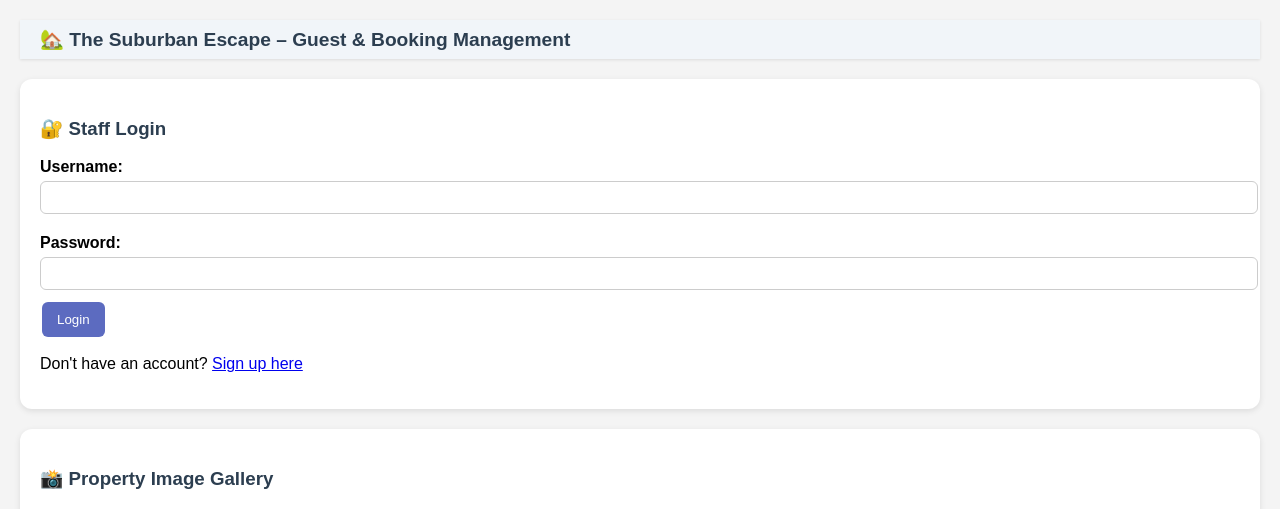
Repository: Ndegwa2/surbabarn-escape
Page: The_Surburban_Escape/index.html
The author's editor kept a copy of each file at every save. The page is drawn from the files as they stood at one save, then again after the next save.
The browser window is 1280 px wide. The pictures show the part of the page from y = 0 to 509 px (the page is 984 px tall before and 720 px after).
Pictures or frames that could not be fetched are drawn as grey boxes.

Above is the page before, as saved 2025-09-29 19:19:02.

### The_Surburban_Escape/index.html
<!DOCTYPE html>
<html lang="en">
<head>
  <meta charset="UTF-8">
  <title>The Suburban Escape – Guest & Booking Management</title>
  <link rel="stylesheet" href="style.css">
  <script src="https://cdnjs.cloudflare.com/ajax/libs/jspdf/2.5.1/jspdf.umd.min.js"></script>
  <script src="https://cdn.jsdelivr.net/npm/sortablejs@latest/Sortable.min.js"></script>
</head>
<body>
<header class="app-bar">
  <div class="app-bar-left">
    🏡 The Suburban Escape – Guest & Booking Management
  </div>
  <div id="userSection" class="app-bar-right" style="display: none;">
    <span>👋 Welcome, <span id="userRole"></span>!</span>
    <button id="logoutBtn">Logout</button>
  </div>
</header>

<!-- Login Section -->
  <div id="loginSection" class="card">
    <h3>🔐 Staff Login</h3>
    <form id="loginForm">
      <label>Username:
        <input type="text" id="username" required>
      </label>
      <label>Password:
        <input type="password" id="password" required>
      </label>
      <button type="submit">Login</button>
    </form>
    <p id="loginError" style="color: red; display: none;"></p>
    <p>Don't have an account? <a href="signup.html">Sign up here</a></p>
  </div>

  <!-- Dashboard - Hidden until login -->
  <div id="dashboard" style="display: none;">
    <!-- Guests Section -->
    <div class="card">
      <h3>👥 Guests & Check-in</h3>
      <button class="toggle-form-btn" onclick="toggleForm('checkinFormContainer')">Sign-in Guest</button>
      <div id="checkinFormContainer" class="form-container" style="display: none;">
        <form id="checkinForm">
          <label>Full Name: <input type="text" id="name" required></label>
          <label>Phone: <input type="text" id="phone" required></label>
          <label>Email: <input type="email" id="email"></label>
          <label>ID/Passport: <input type="text" id="idNumber"></label>
          <label>Room Name: <select id="roomName" required></select></label>
          <label>Check-in Date: <input type="date" id="checkInDate" required></label>
          <label>Check-out Date: <input type="date" id="checkOutDate" required></label>
          <button type="submit">Check In</button>
        </form>
      </div>
      <table id="guestTable">
        <thead>
          <tr><th>Name</th><th>Phone</th><th>Email</th><th>ID</th><th>Room</th><th>Check-in</th><th>Status</th><th>Actions</th></tr>
        </thead>
        <tbody></tbody>
      </table>
    </div>

    <!-- Rooms Management (Admin only) -->
    <div id="roomsSection" class="card" style="display: none;">
<div class="filters">
  <input type="text" id="roomSearch" placeholder="Search by type or name...">
  <select id="statusFilter">
    <option value="">All Statuses</option>
    <option value="available">Available</option>
    <option value="occupied">Occupied</option>
    <option value="dirty">Dirty</option>
    <option value="maintenance">Maintenance</option>
  </select>
  <button id="applyFiltersBtn">Apply Filters</button>
</div>
      <h3>🛏️ Room Management</h3>
      <button class="toggle-form-btn" onclick="toggleForm('addRoomFormContainer')">Add New Room</button>
      <div id="addRoomFormContainer" class="form-container" style="display: none;">
        <form id="addRoomForm">
          <label>Name: <input type="text" id="roomNameAdd" required></label>
          <label>Type: <input type="text" id="roomType" required></label>
          <label>Base Rate: <input type="number" id="baseRate" step="0.01" required></label>
          <label>Status: <select id="roomStatus"><option value="available">Available</option><option value="occupied">Occupied</option><option value="maintenance">Maintenance</option></select></label>
          <button type="submit">Add Room</button>
        </form>
      </div>
      <!-- Rooms Kanban Board -->
      <div id="roomsKanban">
        <div class="kanban-column" data-status="available">
          <h4>🟢 Available</h4>
          <div class="kanban-items" id="availableRooms"></div>
        </div>
        <div class="kanban-column" data-status="occupied">
          <h4>🟦 Occupied</h4>
          <div class="kanban-items" id="occupiedRooms"></div>
        </div>
        <div class="kanban-column" data-status="dirty">
          <h4>🟡 Dirty</h4>
          <div class="kanban-items" id="dirtyRooms"></div>
        </div>
        <div class="kanban-column" data-status="maintenance">
          <h4>🔧 Maintenance</h4>
          <div class="kanban-items" id="maintenanceRooms"></div>
        </div>
      </div>
    </div>

    <!-- Housekeeping Panel -->
    <div class="card">
      <h3>🧹 Housekeeping Panel</h3>
      <p>List of rooms pending cleaning. Assign staff here.</p>

      <!-- Assigned Tasks Section -->
      <h4>Assigned Tasks</h4>
      <table id="assignedTasksTable">
        <thead>
          <tr><th>Room Name</th><th>Assigned To</th><th>Assigned By</th><th>Assigned Date</th><th>Status</th><th>Actions</th></tr>
        </thead>
        <tbody></tbody>
      </table>

      <!-- Unassigned Dirty Rooms Section -->
      <h4>Unassigned Dirty Rooms</h4>
      <table id="housekeepingTable">
        <thead>
          <tr><th>Room Name</th><th>Housekeeping State</th><th>Assign Staff</th><th>Actions</th></tr>
        </thead>
        <tbody></tbody>
      </table>
    </div>

    <!-- Bookings Section (Admin only) -->
    <div id="bookingsSection" class="card" style="display: none;">
      <h3>📅 Bookings</h3>
      <button class="toggle-form-btn" onclick="toggleForm('addBookingFormContainer')">Create New Booking</button>
      <div id="addBookingFormContainer" class="form-container" style="display: none;">
        <form id="addBookingForm">
          <label>Guest ID: <input type="number" id="guestId" required></label>
          <label>Room ID: <input type="number" id="roomId" required></label>
          <label>Check-in Date: <input type="date" id="bookingCheckIn" required></label>
          <label>Check-out Date: <input type="date" id="bookingCheckOut" required></label>
          <label>Status: <select id="bookingStatus"><option value="reserved">Reserved</option><option value="checked_in">Checked In</option><option value="checked_out">Checked Out</option><option value="cancelled">Cancelled</option><option value="no_show">No Show</option></select></label>
          <button type="submit">Create Booking</button>
        </form>
      </div>
      <table id="bookingTable">
        <thead>
          <tr><th>ID</th><th>Guest</th><th>Room</th><th>Check-in</th><th>Check-out</th><th>Status</th><th>Total</th><th>Actions</th></tr>
        </thead>
        <tbody></tbody>
      </table>
    </div>

    <!-- Conference Facilities Management (Admin only) -->
    <div id="conferencesSection" class="card" style="display: none;">
      <h3>🏢 Conference Facilities</h3>
      <button class="toggle-form-btn" onclick="toggleForm('addConferenceFormContainer')">Add New Facility</button>
      <div id="addConferenceFormContainer" class="form-container" style="display: none;">
        <form id="addConferenceForm">
          <label>Name: <input type="text" id="confName" required></label>
          <label>Capacity: <input type="number" id="confCapacity" value="50" required></label>
          <label>Equipment: <input type="text" id="confEquipment" placeholder="projector, microphone, speaker"></label>
          <label>Hourly Rate: <input type="number" id="confHourly" step="0.01" value="50" required></label>
          <label>Daily Rate: <input type="number" id="confDaily" step="0.01" value="300" required></label>
          <label>Status: <select id="confStatus">
            <option value="available">Available</option>
            <option value="maintenance">Maintenance</option>
          </select></label>
          <button type="submit">Add Facility</button>
        </form>
      </div>
      <table id="confTable">
        <thead>
          <tr><th>ID</th><th>Name</th><th>Capacity</th><th>Equipment</th><th>Hourly</th><th>Daily</th><th>Status</th><th>Actions</th></tr>
        </thead>
        <tbody></tbody>
      </table>
    </div>

    <!-- Conference Bookings (Admin only) -->
    <div id="conferenceBookingsSection" class="card" style="display: none;">
      <h3>🎤 Conference Bookings</h3>
      <button class="toggle-form-btn" onclick="toggleForm('addConferenceBookingFormContainer')">Create New Booking</button>
      <div id="addConferenceBookingFormContainer" class="form-container" style="display: none;">
        <form id="addConferenceBookingForm">
          <label>Facility ID: <input type="number" id="confFacilityId" required></label>
          <label>Event Name: <input type="text" id="confEventName" required></label>
          <label>Date: <input type="date" id="confDate" required></label>
          <label>Start Time: <input type="time" id="confStartTime" required></label>
          <label>End Time: <input type="time" id="confEndTime" required></label>
          <label>Attendees: <input type="number" id="confAttendees" min="1" required></label>
          <label>Deposit: <input type="number" id="confDeposit" step="0.01" value="0"></label>
          <label>Status: <select id="confBookingStatus">
            <option value="reserved">Reserved</option>
            <option value="active">Active</option>
            <option value="completed">Completed</option>
            <option value="cancelled">Cancelled</option>
          </select></label>
          <button type="submit">Create Booking</button>
        </form>
      </div>
      <table id="conferenceBookingTable">
        <thead>
          <tr><th>ID</th><th>Facility</th><th>Event</th><th>Date</th><th>Start</th><th>End</th><th>Attendees</th><th>Status</th><th>Deposit</th><th>Total</th><th>Actions</th></tr>
        </thead>
        <tbody></tbody>
      </table>
    </div>

    <!-- Enhanced Inventory Management Section (Admin only) -->
    <div id="inventorySection" style="display: none;">
      <h3>📦 Enhanced Inventory Management</h3>

      <!-- Quick Stats Dashboard -->
      <div class="inventory-dashboard" id="inventoryDashboard" style="display: none;">
        <div class="stat-card">
          <div class="stat-icon">📦</div>
          <div class="stat-info">
            <div class="stat-number" id="totalItems">0</div>
            <div class="stat-label">Total Items</div>
          </div>
        </div>
        <div class="stat-card">
          <div class="stat-icon">⚠️</div>
          <div class="stat-info">
            <div class="stat-number" id="lowStockItems">0</div>
            <div class="stat-label">Low Stock Items</div>
          </div>
        </div>
        <div class="stat-card">
          <div class="stat-icon">💰</div>
          <div class="stat-info">
            <div class="stat-number" id="totalValue">$0</div>
            <div class="stat-label">Total Value</div>
          </div>
        </div>
        <div class="stat-card">
          <div class="stat-icon">🔄</div>
          <div class="stat-info">
            <div class="stat-number" id="recentTransactions">0</div>
            <div class="stat-label">Recent Transactions</div>
          </div>
        </div>
      </div>

      <!-- Add New Inventory Item Form -->
      <button class="toggle-form-btn" onclick="toggleForm('addInventoryFormContainer')">➕ Add New Inventory Item</button>
      <div id="addInventoryFormContainer" class="form-container" style="display: none;">
        <form id="addInventoryForm" class="modern-form">
          <div class="form-row">
            <div class="form-group">
              <label for="itemName">Item Name *</label>
              <input type="text" id="itemName" required placeholder="Enter item name">
            </div>
            <div class="form-group">
              <label for="itemDescription">Description</label>
              <input type="text" id="itemDescription" placeholder="Brief description">
            </div>
          </div>
          <div class="form-row">
            <div class="form-group">
              <label for="itemCategory">Category *</label>
              <select id="itemCategory">
                <option value="consumables">🛒 Consumables</option>
                <option value="fixed_assets">🏢 Fixed Assets</option>
              </select>
            </div>
            <div class="form-group">
              <label for="itemStatus">Status *</label>
              <select id="itemStatus">
                <option value="active">✅ Active</option>
                <option value="inactive">⏸️ Inactive</option>
                <option value="discontinued">🛑 Discontinued</option>
              </select>
            </div>
          </div>
          <div class="form-row">
            <div class="form-group">
              <label for="totalStock">Total Stock Capacity *</label>
              <input type="number" id="totalStock" min="0" required placeholder="Maximum capacity">
            </div>
            <div class="form-group">
              <label for="currentStock">Current Stock *</label>
              <input type="number" id="currentStock" min="0" required placeholder="Current quantity">
            </div>
          </div>
          <div class="form-row">
            <div class="form-group">
              <label for="minLevel">Minimum Level *</label>
              <input type="number" id="minLevel" min="0" required placeholder="Reorder trigger point">
            </div>
            <div class="form-group">
              <label for="reorderThreshold">Reorder Threshold *</label>
              <input type="number" id="reorderThreshold" min="0" required placeholder="Auto-reorder point">
            </div>
          </div>
          <div class="form-row">
            <div class="form-group">
              <label for="itemUnit">Unit of Measurement</label>
              <input type="text" id="itemUnit" value="units" placeholder="e.g., bottles, pieces, kg">
            </div>
            <div class="form-group">
              <label for="pricePerUnit">Price per Unit ($)</label>
              <input type="number" id="pricePerUnit" step="0.01" min="0" placeholder="0.00">
            </div>
          </div>
          <div class="form-actions">
            <button type="submit" class="primary-btn">✅ Add Item</button>
            <button type="button" class="secondary-btn" onclick="toggleForm('addInventoryFormContainer')">Cancel</button>
          </div>
        </form>
      </div>

      <!-- Enhanced Inventory Items Cards -->
      <div id="inventoryCardsContainer" class="inventory-cards-container">
        <!-- Cards will be dynamically inserted here -->
      </div>

      <!-- Stock Transaction Form -->
      <h4>🔄 Stock Transactions</h4>
      <button class="toggle-form-btn" onclick="toggleForm('stockTransactionFormContainer')">📝 Process Stock Transaction</button>
      <div id="stockTransactionFormContainer" class="form-container" style="display: none;">
        <form id="stockTransactionForm" class="transaction-form">
          <div class="form-group">
            <label for="transactionItemId">Select Item *</label>
            <select id="transactionItemId" required>
              <option value="">Choose an item...</option>
            </select>
          </div>
          <div class="form-group">
            <label for="transactionType">Transaction Type *</label>
            <select id="transactionType" required>
              <option value="in">📈 Stock In (Restock)</option>
              <option value="out">📉 Stock Out (Usage)</option>
              <option value="adjust">⚖️ Adjustment</option>
            </select>
          </div>
          <div class="form-group">
            <label for="transactionQuantity">Quantity *</label>
            <input type="number" id="transactionQuantity" min="1" required placeholder="Enter quantity">
          </div>
          <div class="form-group">
            <label for="transactionReason">Reason/Notes</label>
            <input type="text" id="transactionReason" placeholder="Optional reason or notes">
          </div>
          <div class="form-actions">
            <button type="submit" class="primary-btn">✅ Process Transaction</button>
          </div>
        </form>
      </div>

      <!-- Enhanced Stock Transactions Table -->
      <h4>📋 Recent Transactions</h4>
      <div class="table-container">
        <table id="transactionsTable">
          <thead>
            <tr>
              <th>Date</th>
              <th>Item</th>
              <th>Type</th>
              <th>Quantity</th>
              <th>Reason</th>
            </tr>
          </thead>
          <tbody></tbody>
        </table>
      </div>

      <!-- Enhanced Low Stock Alerts -->
      <h4>⚠️ Low Stock Alerts</h4>
      <div class="alerts-container">
        <table id="alertsTable">
          <thead>
            <tr>
              <th>🚨 Alert Details</th>
              <th>Current Status</th>
              <th>Required Action</th>
            </tr>
          </thead>
          <tbody></tbody>
        </table>
      </div>
    </div>

    <!-- Office Usage Section (Admin only) -->
    <div id="officeUsageSection" class="card" style="display: none;">
      <h3>🏢 Office Usage Tracking</h3>
      <button class="toggle-form-btn" onclick="toggleForm('addUsageFormContainer')">+ Add Usage</button>
      <div id="addUsageFormContainer" class="form-container" style="display: none;">
        <form id="addUsageForm">
          <label>User ID: <input type="number" id="usageUserId" required></label>
          <label>User Type:
            <select id="usageUserType" required>
              <option value="staff">Staff</option>
              <option value="admin">Admin</option>
              <option value="guest">Guest</option>
            </select>
          </label>
          <label>Start Time: <input type="datetime-local" id="usageStartTime"></label>
          <label>End Time: <input type="datetime-local" id="usageEndTime"></label>
          <label>Purpose: <input type="text" id="usagePurpose"></label>
          <button type="submit" class="submit-btn">Add Usage</button>
        </form>
      </div>
      <table id="officeUsageTable">
        <thead>
          <tr><th>User</th><th>Type</th><th>Start Time</th><th>End Time</th><th>Purpose</th><th>Actions</th></tr>
        </thead>
        <tbody></tbody>
      </table>
    </div>

    <!-- Inventory Item Details Modal -->
    <div id="itemDetailsModal" class="modal">
      <div class="modal-content">
        <span class="close">&times;</span>
        <h3 id="modalItemName"></h3>
        <div id="modalItemInfo">
          <p><strong>Description:</strong> <span id="modalDescription"></span></p>
          <p><strong>Category:</strong> <span id="modalCategory"></span></p>
          <p><strong>Total Stock:</strong> <span id="modalTotalStock"></span> <span id="modalUnit"></span></p>
          <p><strong>Current Stock:</strong> <span id="modalCurrentStock"></span> <span id="modalUnit2"></span></p>
          <p><strong>Min Level:</strong> <span id="modalMinLevel"></span></p>
          <p><strong>Reorder Threshold:</strong> <span id="modalReorderThreshold"></span></p>
          <p><strong>Price per Unit:</strong> $<span id="modalPrice"></span></p>
          <p><strong>Status:</strong> <span id="modalStatus"></span></p>
        </div>
        <h4>Recent Transactions</h4>
        <table id="modalTransactionsTable">
          <thead>
            <tr><th>Type</th><th>Quantity</th><th>Reason</th><th>Date</th></tr>
          </thead>
          <tbody></tbody>
        </table>
      </div>
    </div>

    <!-- Office Usage Add Modal -->
    <div id="addUsageModal" class="modal">
      <div class="modal-content">
        <span class="close" id="closeUsageModal">&times;</span>
        <div class="form-card">
          <h3>Add Office Usage</h3>
          <form id="addUsageForm">
            <div class="form-group">
              <label for="usageUserId">User ID</label>
              <input type="text" id="usageUserId" />
            </div>

            <div class="form-group">
              <label for="usageUserType">User Type</label>
              <select id="usageUserType">
                <option>Staff</option>
                <option>Guest</option>
              </select>
            </div>

            <div class="form-group">
              <label for="usageStartTime">Start Time</label>
              <input type="datetime-local" id="usageStartTime" />
            </div>

            <div class="form-group">
              <label for="usageEndTime">End Time</label>
              <input type="datetime-local" id="usageEndTime" />
            </div>

            <div class="form-group">
              <label for="usagePurpose">Purpose</label>
              <textarea id="usagePurpose"></textarea>
            </div>

            <button type="submit" class="submit-btn">Save Usage</button>
          </form>
        </div>
      </div>
    <!-- Room Details Modal -->
    <div id="roomDetailsModal" class="modal">
      <div class="modal-content">
        <span class="close" id="closeRoomModal">&times;</span>
        <h3 id="roomModalTitle">Room Details</h3>
        <div id="roomModalInfo">
          <p><strong>Type:</strong> <span id="modalRoomType"></span></p>
          <p><strong>Rate:</strong> $<span id="modalRoomRate"></span></p>
          <p><strong>Status:</strong> <span id="modalRoomStatus"></span></p>
          <p><strong>Housekeeping State:</strong> <span id="modalHousekeepingState"></span></p>
        </div>
        <h4>Next Check-in / Check-out</h4>
        <p id="modalNextEvents">No upcoming events</p>
        <h4>Current / Recent Bookings</h4>
        <table id="modalBookingsTable">
          <thead>
            <tr><th>Guest</th><th>Check-in</th><th>Check-out</th><th>Status</th></tr>
          </thead>
          <tbody></tbody>
        </table>
        <h4>Actions</h4>
        <div class="action-bar">
          <button id="generateInvoiceBtn" style="display: none;">📄 Generate Invoice</button>
          <button id="housekeepingLogBtn">🧹 View Housekeeping Log</button>
        </div>
      </div>
    </div>
    </div>

    <!-- Calendar View (Simple table for today/week) -->
    <div class="card">
      <h3>📆 Booking Calendar (Today)</h3>
      <table id="calendarTable">
        <thead>
          <tr><th>Room</th><th>Check-in</th><th>Check-out</th><th>Guest</th><th>Status</th></tr>
  <!-- Toast Container -->
  <div id="toastContainer" style="position: fixed; top: 20px; right: 20px; z-index: 10000;"></div>
        </thead>
        <tbody></tbody>
      </table>
    </div>

    <!-- Occupancy Board -->
    <div class="card">
      <h3>🏠 Occupancy Board</h3>
      <div id="occupancy">
        <div><h4>Today's Check-ins</h4><div id="todayCheckins"></div></div>
        <div><h4>Today's Check-outs</h4><div id="todayCheckouts"></div></div>
        <div><h4>In-house Guests</h4><div id="inHouse"></div></div>
        <div><h4>Late Check-outs</h4><div id="lateCheckouts"></div></div>
      </div>
    </div>

    <!-- Activity Log -->
    <div class="card">
      <h3>📝 Activity Log</h3>
      <table id="logTable">
        <thead>
          <tr><th>Time</th><th>User Role</th><th>Action</th><th>Entity</th><th>Description</th></tr>
        </thead>
        <tbody></tbody>
      </table>
    </div>
  </div>

  <!-- Property Gallery -->
  <div class="card">
    <h3>📸 Property Image Gallery</h3>
    <div class="gallery">
      <img src="https://img.freepik.com/free-photo/room-interior-hotel-bedroom_23-2150683419.jpg?ga=GA1.1.1362746214.1749109585&semt=ais_items_boosted&w=740" alt="Room 1">
      <img src="https://img.freepik.com/free-photo/interior-modern-comfortable-hotel-room_1232-1822.jpg?ga=GA1.1.1362746214.1749109585&semt=ais_items_boosted&w=740" alt="Room 2">
      <img src="https://img.freepik.com/free-photo/furniture-background-clean-wall-wood_1253-666.jpg?=GA1.1.1362746214.1749109585&semt=ais_items_boosted&w=740" alt="Furniture">
      <img src="https://img.freepik.com/premium-photo/free-photo-interior-design-bedroom-with-modern-decoration_125604-1088.jpg?ga=GA1.1.1362746214.1749109585&semt=ais_items_boosted&w=740" alt="Decorated Bedroom">
    </div>
  </div>

  <script src="script.js"></script>
</body>
</html>

Loaded but not shown: The_Surburban_Escape/script.js (1746 lines, source omitted); The_Surburban_Escape/style.css (1540 lines, source omitted)

After the next save:
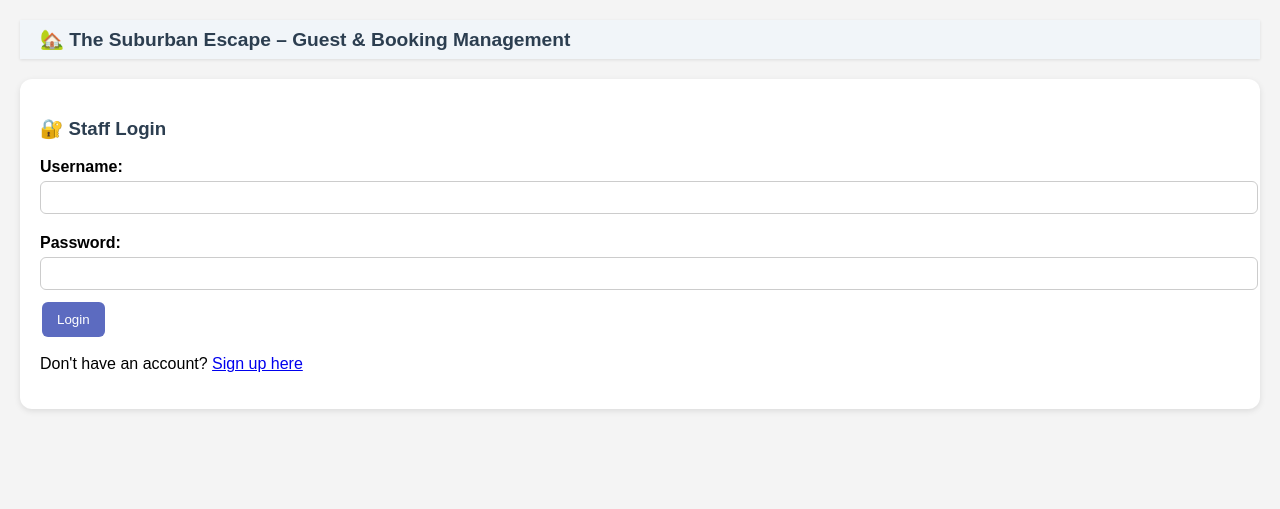
Saved 9 min 30 s later.
--- a/The_Surburban_Escape/index.html
+++ b/The_Surburban_Escape/index.html
@@ -540,7 +540,7 @@
   </div>
 
   <!-- Property Gallery -->
-  <div class="card">
+  <!--<div class="card">
     <h3>📸 Property Image Gallery</h3>
     <div class="gallery">
       <img src="https://img.freepik.com/free-photo/room-interior-hotel-bedroom_23-2150683419.jpg?ga=GA1.1.1362746214.1749109585&semt=ais_items_boosted&w=740" alt="Room 1">
@@ -549,7 +549,7 @@
       <img src="https://img.freepik.com/premium-photo/free-photo-interior-design-bedroom-with-modern-decoration_125604-1088.jpg?ga=GA1.1.1362746214.1749109585&semt=ais_items_boosted&w=740" alt="Decorated Bedroom">
     </div>
   </div>
-
+-->
   <script src="script.js"></script>
 </body>
 </html>
